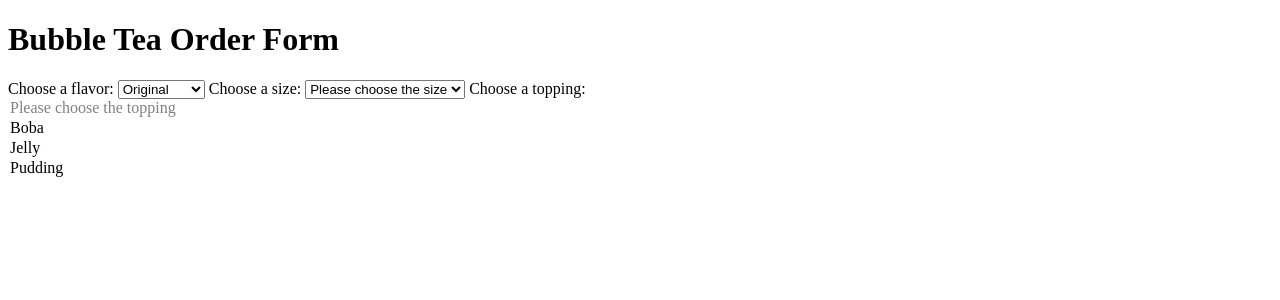
Repository: liulian26/CS5610
Page: lab3/index.html
An editor plug-in stored every save of this project. The page is shown before and after the next save, followed by the edit.
The browser window is 1280 px wide. The pictures show the whole page.

Above is the page before, as saved 2025-01-30 17:46:45.

After the next save:
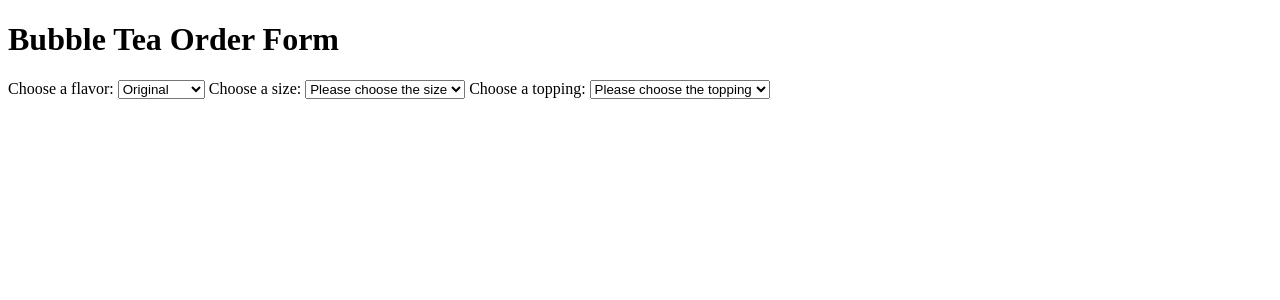
Saved 12 s later.
--- a/lab3/index.html
+++ b/lab3/index.html
@@ -31,7 +31,7 @@
 
         <!--- choose a topping -->
         <label for="topping">Choose a topping:</label>
-        <selct id="topping" mutiple>
+        <select id="topping" mutiple>
             <option value="" disabled selected>Please choose the topping</option>
             <option value="boba">Boba</option>
             <option value="jelly">Jelly</option>
